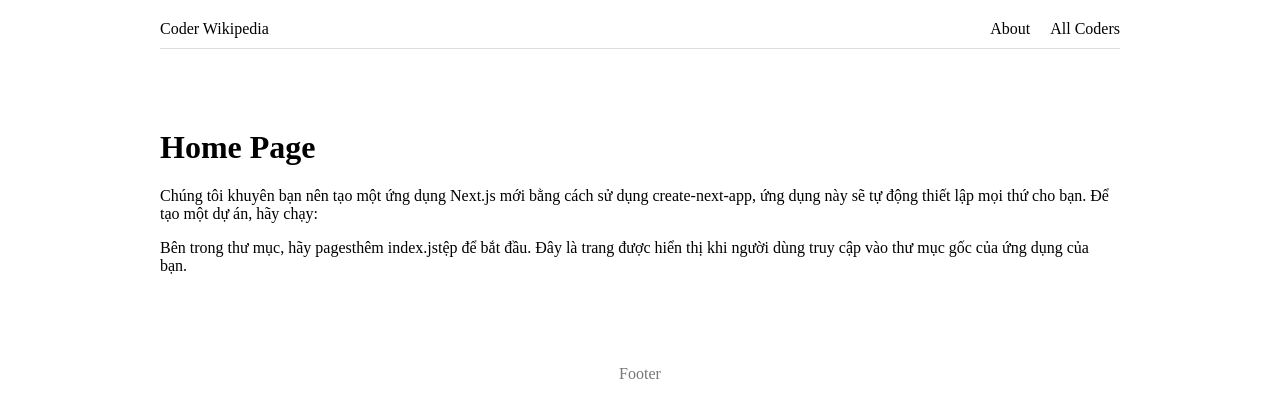
Repository: DuckyNumberONS/H-c-Next-Js
Page: / (app in my-app/)
The author's editor kept a copy of each file at every save. The page is drawn from the files as they stood at one save, then again after the next save.
The browser window is 1280 px wide. The pictures show the whole page.
Some web fonts or font styles are not loaded; a fallback is used. The project was rebuilt for these pictures with package versions that can differ from the ones it lists, and the page was loaded fresh each time. The framework's server and built-in components were replaced by stand-ins that run in the browser. Also part of the build but not shown: my-app/next.config.js.

Above is the page before, as saved 2022-09-22 09:14:13.

After the next save:
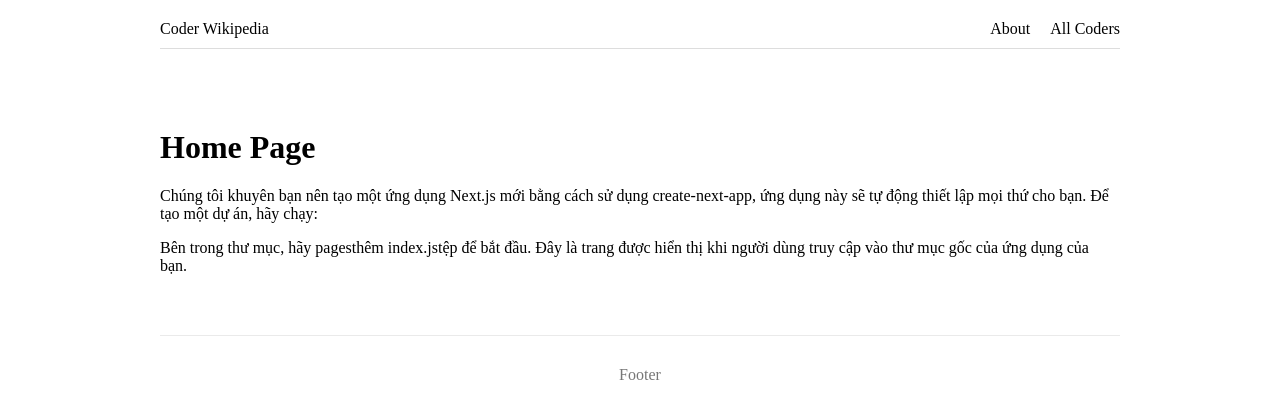
Saved 5 s later.
--- a/my-app/styles/globals.css
+++ b/my-app/styles/globals.css
@@ -29,5 +29,5 @@ footer{
   padding: 30px 0;
   margin-top: 60px;
   color: #777;
-  border-top: 1px solid #;
+  border-top: 1px solid #eaeaea;
 }
